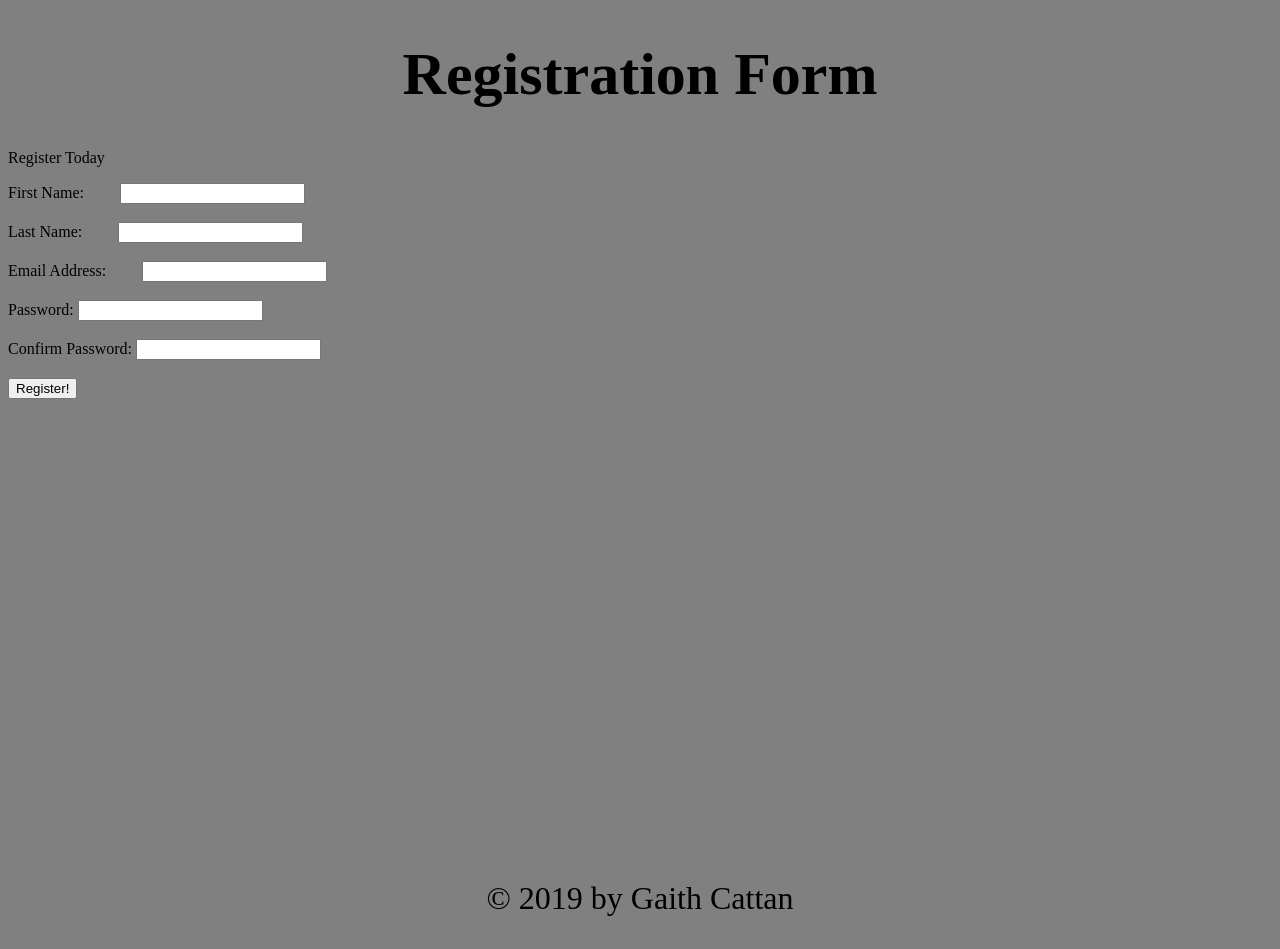
Repository: GaithCattan/COSW30
Page: labwork/lab2/registration.html
The author's editor kept a record of every edit. The page is drawn from the files as they stood at one moment, then again after the next edit.
The browser window is 1280 px wide. The pictures show the whole page.

Above is the page before.

### labwork/lab2/registration.html

<!doctype html>
<html>
    <head>
         <meta charset="utf-8">
         <title>Registration Form</title>
        <style>
          body {background-color: grey;}
          h1 {text-align: center; font-size: 60px; margin-top: 40px;}
          footer {font-size: 2em; color: black; text-align: center; margin-top: 38%;}
        </style>

    </head>
    <body>

        <h1>Registration Form</h1>
        <p>Register Today</p>

         <form action="process_registration.php" method="POST">
             <lable for="first_name">First Name: &nbsp&nbsp&nbsp&nbsp&nbsp&nbsp&nbsp</lable>
             <input type="text" id="first_name" name="first_name" required>
             <br><br>
             <lable for="last_name">Last Name: &nbsp&nbsp&nbsp&nbsp&nbsp&nbsp&nbsp</lable>
             <input type="text" id="last_name" name="last_name" required>
             <br><br>
             <lable for="email">Email Address: &nbsp&nbsp&nbsp&nbsp&nbsp&nbsp&nbsp</lable>
             <input type="email" id="email" name="email" required>
             <br><br>
             <lable for="password">Password: </lable>
             <input type="password" id="password" name="password" required>
             <br><br>
             <lable for="confirm_password">Confirm Password: </lable>
             <input type="password" id="confirm_password" name="confirm_password" required>
             <br><br>

             <button>Register!</button>


         </form>

    </body>

    <footer>
        <p>&copy; 2019 by Gaith Cattan</p>
    </footer>

</html>

After the next edit:
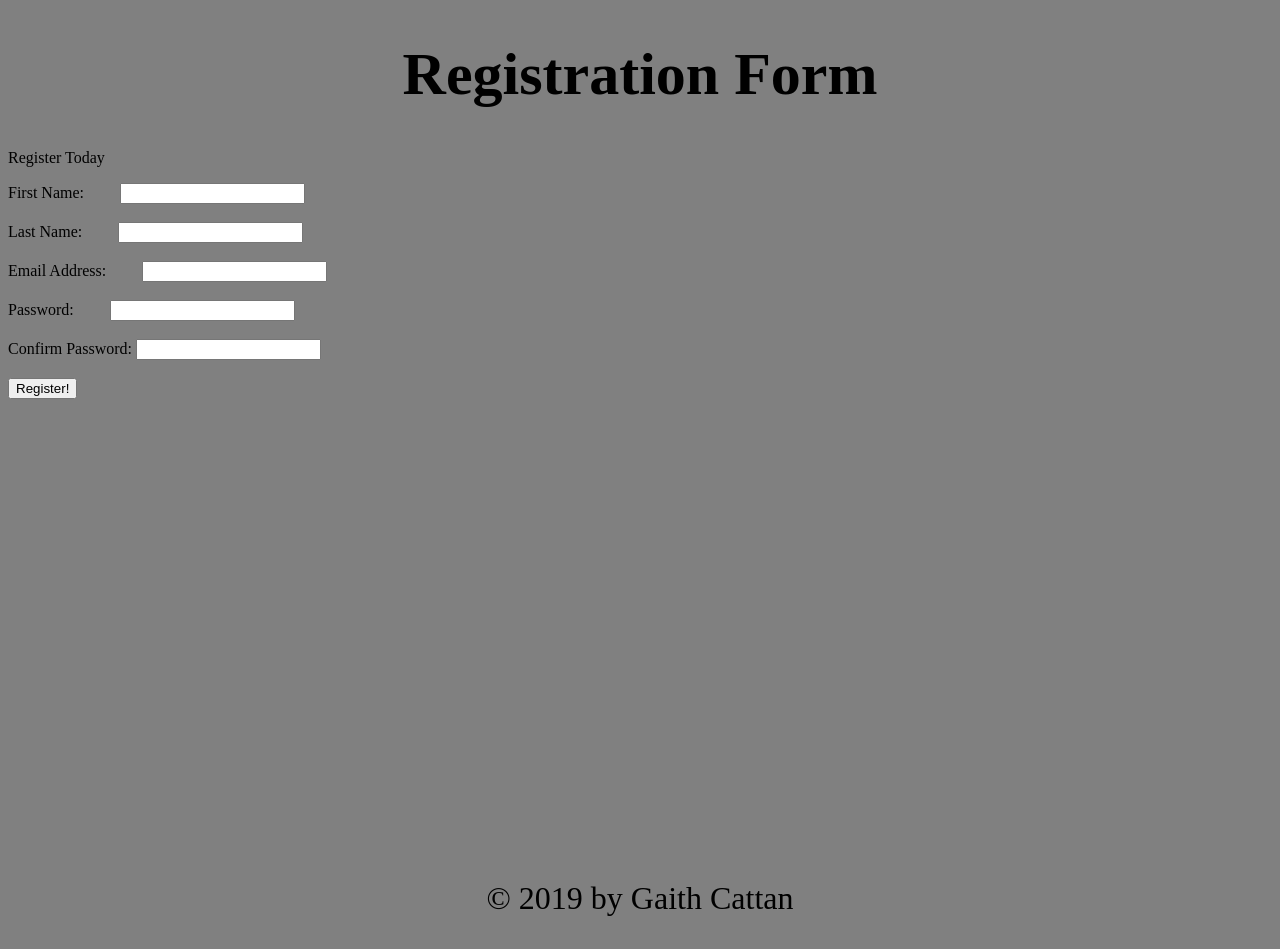
The edit:
--- a/labwork/lab2/registration.html
+++ b/labwork/lab2/registration.html
@@ -26,7 +26,7 @@
              <lable for="email">Email Address: &nbsp&nbsp&nbsp&nbsp&nbsp&nbsp&nbsp</lable>
              <input type="email" id="email" name="email" required>
              <br><br>
-             <lable for="password">Password: </lable>
+             <lable for="password">Password: &nbsp&nbsp&nbsp&nbsp&nbsp&nbsp&nbsp</lable>
              <input type="password" id="password" name="password" required>
              <br><br>
              <lable for="confirm_password">Confirm Password: </lable>
